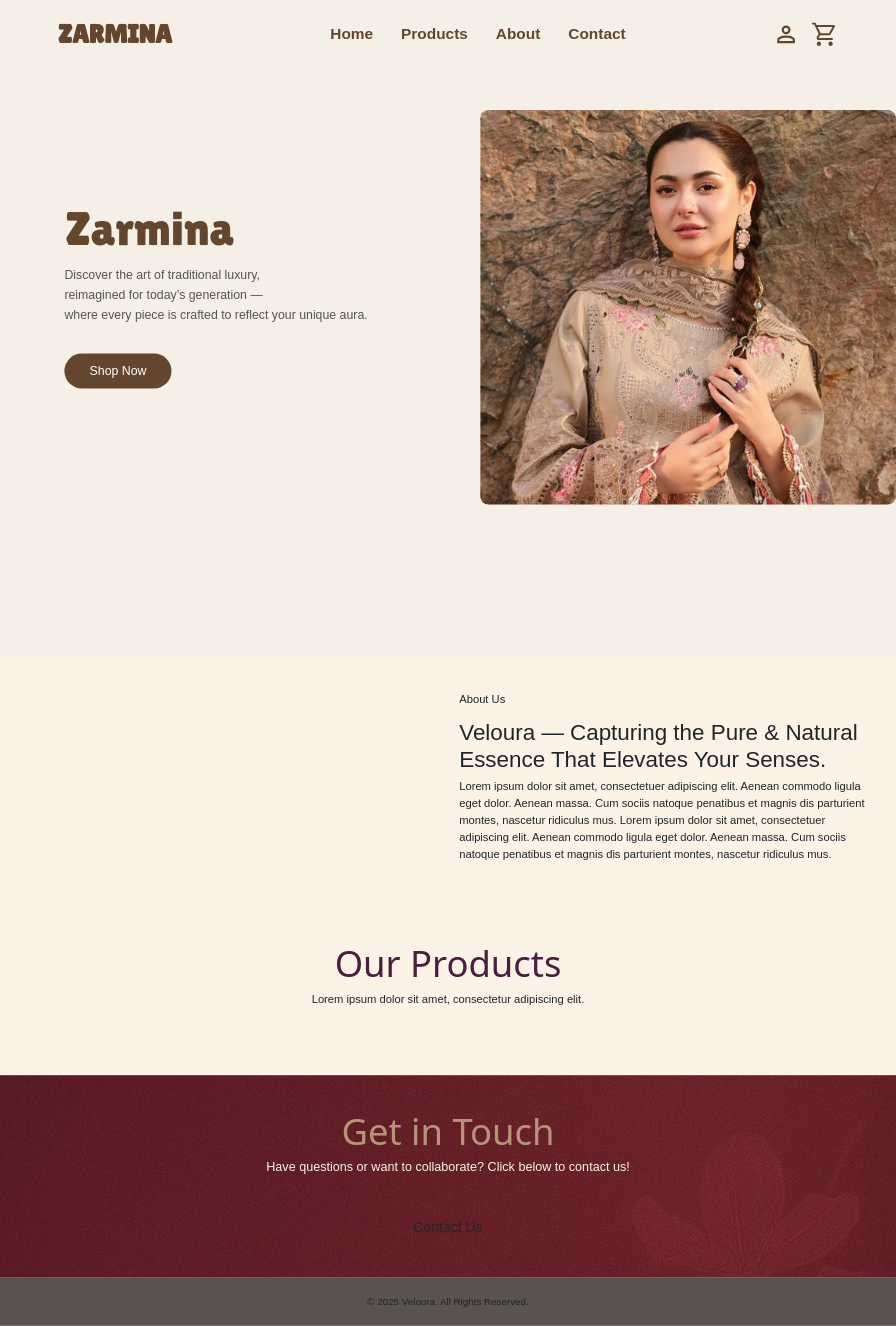
Repository: ayeshatehreem77/Clothing-store
Page: / (app in perfumes-app/)
The author's editor kept a copy of each file at every save. The page is drawn from the files as they stood at one save, then again after the next save.
The browser window is 1280 px wide. The pictures show the whole page, at 70% of full size.
Pictures or frames that could not be fetched are drawn as grey boxes. The page's requests for data from a server got no answer. Some web fonts or font styles are not loaded; a fallback is used. The project was rebuilt for these pictures with package versions that can differ from the ones it lists, and the page was loaded fresh each time. No one was signed in, and anything a server would have sent is missing. Also part of the build but not shown: perfumes-app/src/components/Alert.js.

Above is the page before, as saved 2025-10-29 00:06:12.

### perfumes-app/public/index.html
<!DOCTYPE html>
<html lang="en">

<head>
  <meta charset="utf-8" />
  <link rel="icon" href="%PUBLIC_URL%/favicon.ico" />
  <meta name="viewport" content="width=device-width, initial-scale=1" />
  <meta name="theme-color" content="#000000" />
  <meta name="description" content="Web site created using create-react-app" />
  <link rel="apple-touch-icon" href="%PUBLIC_URL%/logo192.png" />
  <!--
      manifest.json provides metadata used when your web app is installed on a
      user's mobile device or desktop. See https://developers.google.com/web/fundamentals/web-app-manifest/
    -->
  <link rel="manifest" href="%PUBLIC_URL%/manifest.json" />

  <title>Zarmina</title>

  <link rel="preconnect" href="https://fonts.googleapis.com">
  <link rel="preconnect" href="https://fonts.gstatic.com" crossorigin>
  <link href="https://fonts.googleapis.com/css2?family=Libertinus+Serif+Display&family=Lilita+One&display=swap"
    rel="stylesheet">

</head>

<body>
  <noscript>You need to enable JavaScript to run this app.</noscript>
  <div id="root"></div>
  <!--
      This HTML file is a template.
      If you open it directly in the browser, you will see an empty page.

      You can add webfonts, meta tags, or analytics to this file.
      The build step will place the bundled scripts into the <body> tag.

      To begin the development, run `npm start` or `yarn start`.
      To create a production bundle, use `npm run build` or `yarn build`.
    -->
</body>

</html>

### perfumes-app/src/index.js
import React from 'react';
import ReactDOM from 'react-dom/client';
import './index.css';
import 'bootstrap/dist/css/bootstrap.min.css';
import 'bootstrap/dist/js/bootstrap.bundle.min.js';
import App from './App';
import reportWebVitals from './reportWebVitals';
import { AuthProvider } from './context/AuthContext';

const root = ReactDOM.createRoot(document.getElementById('root'));
root.render(
  <React.StrictMode>
    <AuthProvider>
    <App />
    </AuthProvider>
  </React.StrictMode>
);

// If you want to start measuring performance in your app, pass a function
// to log results (for example: reportWebVitals(console.log))
// or send to an analytics endpoint. Learn more: https://bit.ly/CRA-vitals
reportWebVitals();

### perfumes-app/src/context/AuthContext.js
// src/context/AuthContext.js
import React, { createContext, useState, useEffect } from "react";
import axios from "axios";

export const AuthContext = createContext();

export const AuthProvider = ({ children }) => {
  const [user, setUser] = useState(null);

  // ✅ Fetch user details from backend using token
  const fetchUser = async () => {
    const token = localStorage.getItem("token");
    if (!token) return;

    try {
      const res = await axios.get("http://localhost:4000/auth/user", {
        headers: { Authorization: `Bearer ${token}` },
      });
      setUser(res.data); // { userId, email, role }
    } catch (err) {
      console.error("Failed to fetch user:", err);
      localStorage.removeItem("token");
      setUser(null);
    }
  };

  // ✅ Auto-fetch user on first render (if token exists)
  useEffect(() => {
    fetchUser();
  }, []);

  // ✅ Handle login
  const login = async (email, password) => {
    try {
      const res = await axios.post("http://localhost:4000/auth/login", {
        email,
        password,
      });

      // backend returns { authToken: "..." }
      const token = res.data.authToken;
      if (!token) throw new Error("No token returned");

      localStorage.setItem("token", token);
      await fetchUser(); // instantly update user

      return true; // success
    } catch (err) {
      console.error("Login error:", err.response?.data || err.message);
      throw err.response?.data?.message || "Login failed";
    }
  };

  // ✅ Handle logout
  const logout = () => {
    localStorage.removeItem("token");
    setUser(null);
  };

  return (
    <AuthContext.Provider value={{ user, login, logout, fetchUser }}>
      {children}
    </AuthContext.Provider>
  );
};

### perfumes-app/src/App.css
body {
  font-family: 'Poppins', sans-serif;
  background-color: #FCF2E6;
}

html {
  scroll-behavior: smooth;
}


.veloura-logo {
  font-family: "Lilita One", sans-serif;
  font-size: 2.3rem;
  color: #64462F !important;
}

.navbar {
  background: transparent !important;
}

button.navbar-toggler {
  border: none !important;
}

.navbar-toggler-icon {
  background-image: url("data:[embedded picture, 222 characters]");
}



.nav-link {
  color: #64462F !important;
  font-size: 22px;
  font-weight: 600;
}

.hero-section {
  background-color: #f5efe7;
  min-height: 100vh;
  display: flex;
  flex-direction: column;
  font-family: "Poppins", sans-serif;
}

/* =============== HERO LAYOUT =============== */
.hero-layout {
 display: flex;
    justify-content: center;
    align-items: flex-start;
    width: 100%;
    max-width: 1400px;
    height: 100vh;
    margin: 60px 0;

}

/* ---------- Left Section ---------- */
.hero-left {
    flex: 1 1;
    position: relative;
    margin: 133px 0px 0 92px;
}

.main-image {
  width: 100%;
  height: 564px;
  border-radius: 12px;
  overflow: hidden; /* ✅ ensures image stays inside box */
  position: relative;
  background-color: #93c5fd;
}

/* Make image fill box properly */
.main-image img {
  width: 100%;
  height: 100%;
  object-fit: cover; /* ✅ maintains aspect ratio without stretching */
  object-position: center;
  display: block;
}


.side-handle {
  position: absolute;
  left: -50px;
  bottom: 50%;
  transform: rotate(-90deg);
  font-size: 14px;
  color: #555;
  letter-spacing: 2px;
}

/* ---------- Right Section ---------- */
.hero-right {
  flex: 1;
  display: flex;
  flex-direction: column;
  justify-content: space-between;
  gap: 2rem;
}

/* Text Area */
.hero-text h2 {
  font-size: 1.6rem;
  color: #6c6c6c;
  margin-bottom: 5px;
  letter-spacing: 2px;
}

.hero-text h1 {
  font-family: "Lilita One", sans-serif;
  font-weight: 400;
  font-style: normal;
  font-size: 4.2rem;
  color: #64462F;
  line-height: 1.1;
}

.hero-text p {
  font-size: 1.1rem;
  color: #555;
  margin-top: 15px;
  line-height: 1.6;
}

.shop-btn {
  background-color: #64462F;
  color: white;
  border: none;
  padding: 12px 36px;
  border-radius: 40px;
  font-size: 1.1rem;
  margin-top: 25px;
  cursor: pointer;
  transition: background-color 0.3s ease;
}

.shop-btn:hover {
  background-color: #a3846d;
}

/* Small Image Grid */
.image-grid {
  display: grid;
  grid-template-columns: repeat(2, 1fr);
  gap: 20px;
}

.small-box {
  height: 200px;
  background-color: #93c5fd;
  border-radius: 12px;
}

/* =============== RESPONSIVE DESIGN =============== */
@media (max-width: 992px) {
  .hero-layout {
    flex-direction: column;
    text-align: center;
  }

  .side-handle {
    display: none;
  }

  .hero-text h1 {
    font-size: 3rem;
  }

  .main-image {
    height: 400px;
  }
}


.products-section h2 {
  font-family: "Libertinus Serif Display", system-ui;
  font-weight: 400;
  font-style: normal;
  font-size: 52px;
  color: #4B1D3F;
}

.product-card {
  transition: all 0.3s ease-in-out;
  border-radius: 10px;
  background: transparent;
}

.card-img {
  border-radius: 10px;
  /* background: #FCF2E6; */
  background: #4B1D3F;
}

.product-card:hover {
  transform: translateY(-5px);
}

.card-text,
.card-title {
  font-size: 23px;
  color: #4B1D3F;
}

/* about us */

.aboutus {
  display: grid;
  grid-template-columns: 1fr 1fr;
  gap: 2rem;
  align-items: center;
  padding: 2rem;
  background: #FCF2E6;
}

.right-section video {
  width: 70%;
  max-height: 80vh;
  height: 100%;
  object-fit: cover;
  display: block;
}

/* product details */


.modal-header p {
  font-size: 14px;
  color: #451b277a;
}

.product-img {
  width: 100%;
  border-radius: 10px;
}

.product-title {
  font-family: "Libertinus Serif Display", system-ui;
  font-weight: 400;
  font-style: normal;
  font-size: 36px;
  color: #4B1D3F;
}



.modal-content {
  background: #FCF2E6 !important;
  margin: auto !important;
  height: 98vh;
  overflow: hidden;
}

.breadcrumb-item a {
  text-decoration: none !important;
  color: black !important;
}

.modal-dialog {
  max-width: 900px;
  display: flex;
  align-items: center;
  justify-content: center;
  min-height: calc(100vh - 2rem); /* keeps it centered */
}

/* Optional - pretty scrollbar inside modal */
.modal-content::-webkit-scrollbar {
  width: 8px;
}
.modal-content::-webkit-scrollbar-thumb {
  background: #d4b191;
  border-radius: 10px;
}
.modal-content::-webkit-scrollbar-thumb:hover {
  background: #b8937a;
}

.modal-body {
  padding: 2rem !important;
}

.gender,
.concentration {
  background-color: #D4B191;
  border-radius: 21%;
  padding: 6px 11px;
  margin-bottom: 5px;
}

.add-cart-btn {
  margin-top: 1rem;
  background-color: #D4B191;
  padding: 10px 25px;
  color: #451B27;
  font-weight: 600;
}

.product-detail {
  margin-top: 0;
  margin-bottom: 1rem;
  font-size: 13px;
  color: #8b745e;
}

.btn-close:focus {
  box-shadow: none !important;
  outline: none !important;
}

/* contact us */

.contact-us {
  background-image: url("Assets/contactus2-bg.png");
  background-position: center;
  background-repeat: no-repeat;
  background-size: cover;
}

.contact-section h2 {
  font-family: "Libertinus Serif Display", system-ui;
  font-weight: 400;
  font-style: normal;
  font-size: 52px;
  color: #b8937a;
  text-align: center;
}

.contact-section p {
  font-size: 18px;
  color: #FCF2E6;
  /* accent purple */
  margin-bottom: 3rem;
  text-align: center;
}

.contact-form {
  max-width: 600px;
  margin: 0 auto;
  display: grid;
  gap: 1.5rem;
}

.contact-form input,
.contact-form textarea {
  padding: 1rem 1.2rem;
  border: 2px solid #D4B191;
  /* brand pink/gold */
  border-radius: 10px;
  font-size: 16px;
  width: 100%;
  outline: none;
  transition: border 0.3s, box-shadow 0.3s;
}

.contact-form input:focus,
.contact-form textarea:focus {
  border-color: #5E1E27;
  /* pink highlight */
  box-shadow: 0 0 10px rgba(252, 65, 90, 0.2);
}

.contact-form button {
  background-color: #D4B191;
  color: #451B27;
  padding: 1rem 2.5rem;
  font-size: 18px;
  font-weight: 600;
  border: none;
  border-radius: 10px;
  cursor: pointer;
  transition: transform 0.3s, background 0.3s;
}

.contact-form button:hover {
  background-color: #5E1E27;
  color: #fff;
  transform: scale(1.05);
}

/* Responsive */
@media (max-width: 768px) {
  .contact-form {
    gap: 1rem;
  }

  .contact-section h2 {
    font-size: 36px;
  }

  .contact-section p {
    font-size: 16px;
  }
}

/* Copyright */

footer {
  position: relative;
  bottom: 0;
  width: 100%;
  background-color: #0b0708ac;
}

/* login modal */

.auth-modal-content {
  background-color: #fdf7f2 !important;
  border-radius: 16px;
  border: none;
  box-shadow: 0 4px 20px rgba(0, 0, 0, 0.1);
  height: 90vh !important;
  width: 70%;
}

.auth-title {
  color: #4c0d23;
  font-weight: 700;
}

.auth-login-btn {
  background-color: #4c0d23;
  color: #fff;
  border-radius: 12px;
  transition: background-color 0.3s ease;
}

.auth-login-btn:hover {
  background-color: #300818;
}

.auth-signup-btn {
  border: 2px solid #b8860b;
  color: #b8860b;
  border-radius: 12px;
  background-color: transparent;
  transition: all 0.3s ease;
}

.auth-signup-btn:hover {
  background-color: #b8860b;
  color: #fff;
}

.auth-forgot-link {
  color: #4c0d23;
  text-decoration: none;
  font-weight: 500;
}

.auth-forgot-link:hover {
  text-decoration: underline;
}

.authfade-enter {
  opacity: 0;
  transform: translateY(10px);
}
.authfade-enter-active {
  opacity: 1;
  transform: translateY(0);
  transition: opacity 300ms ease, transform 300ms ease;
}
.authfade-exit {
  opacity: 1;
  transform: translateY(0);
}
.authfade-exit-active {
  opacity: 0;
  transform: translateY(-10px);
  transition: opacity 300ms ease, transform 300ms ease;
}

### perfumes-app/src/components/Aboutus.js
import React, { useEffect, useRef } from 'react';

function Aboutus() {
  const videoRef = useRef(null);

  useEffect(() => {
    if (videoRef.current) {
      const playPromise = videoRef.current.play();
      if (playPromise !== undefined) {
        playPromise.catch((error) => {
          console.log("Autoplay prevented:", error);
        });
      }
    }
  }, []);

  return (
    <div id='about' className="aboutus" style={{  }}>
      <div className="right-section">
        <video
          ref={videoRef}
          autoPlay
          muted
          loop
          playsInline
          style={{ width: "100%", height: "auto", borderRadius: "12px", objectFit: "cover" }}
        >
          <source src="/assets/aboutusvideo.mp4" type="video/mp4" />
          Your browser does not support the video tag.
        </video>
      </div>
      <div className="left-section">
        <p>About Us</p>
        <h2>
          Veloura — Capturing the Pure & Natural Essence That Elevates Your Senses.
        </h2>
        <p>Lorem ipsum dolor sit amet, consectetuer adipiscing elit. Aenean commodo ligula eget dolor. Aenean massa. Cum sociis natoque penatibus et magnis dis parturient montes, nascetur ridiculus mus. Lorem ipsum dolor sit amet, consectetuer adipiscing elit. Aenean commodo ligula eget dolor. Aenean massa. Cum sociis natoque penatibus et magnis dis parturient montes, nascetur ridiculus mus. </p>
      </div>
    </div>
  );
}

export default Aboutus;

### perfumes-app/src/components/ContactForm.js
import React from 'react'

function ContactForm() {
  return (
    <div className='contact-us align-center text-center'>
        <div className='contact-section pt-5'>
      <h2>
        Get in Touch
      </h2>
      <p>
        Have questions or want to collaborate? Click below to contact us!
      </p>
        </div>
      <button
        type="button"
        className="btn btn-lg shopnow-btn mb-5 mt-0"
        data-bs-toggle="modal"
        data-bs-target="#contactModal"
      >
        Contact Us
      </button>
    </div>
  )
}

export default ContactForm

### perfumes-app/src/components/Footer.js
import React from "react";

function Footer() {
  const year = new Date().getFullYear();

  return (
    <footer
      className="text-center py-4"
    >
      <p style={{ margin: 0, fontSize: "14px" }}>
        &copy; {year} Veloura. All Rights Reserved.
      </p>
    </footer>
  );
}

export default Footer;

### perfumes-app/src/components/Hero.js
import React from "react";
import Navbar from "./Navbar";

function Hero() {
  return (
    <div className="hero-section">
      <Navbar />

      <div className="hero-layout">
        {/* Left Main Image Box */}
        <div className="hero-left">
          <div className="hero-text">
            <h1>Zarmina</h1>
            <p>
              Discover the art of traditional luxury, <br/> reimagined for today’s generation — <br/> where every piece is crafted to reflect your unique aura.
            </p>
            <button className="shop-btn">Shop Now</button>
          </div>
        </div>

        {/* Right Side Content */}
        <div className="hero-right">
          <div className="main-image">
            <img src="assets/hero-img1.jpg" alt="" />
          </div>
        </div>
      </div>
    </div>
  );
}

export default Hero;

### perfumes-app/src/components/Products.js
import React, { useEffect, useState } from "react";

function Products({ setSelectedProduct }) {
  const [products, setProducts] = useState([]);
  const [loading, setLoading] = useState(true);

  useEffect(() => {
    const fetchProducts = async () => {
      try {
        const res = await fetch("http://localhost:4000/products");
        const data = await res.json();
        setProducts(data.data || data);
      } catch (error) {
        console.error("Failed to fetch products:", error);
      } finally {
        setLoading(false);
      }
    };

    fetchProducts();
  }, []);

  if (loading) return <p className="text-center">Loading products...</p>;

  return (
    <div id="products" className="products-section py-5">
      <div className="container w-75">
        <div className="product-text text-center mb-5">
          <h2>Our Products</h2>
          <p className="mx-5 mb-5">
            Lorem ipsum dolor sit amet, consectetur adipiscing elit.
          </p>
        </div>

        <div className="row">
          {products.map((product) => (
            <div className="col-md-4 mb-4" key={product._id}>
              <div
                className="card border-0 product-card h-100"
                data-bs-toggle="modal"
                data-bs-target="#productsDetails"
                onClick={() => setSelectedProduct(product)}
              >
                <img
                  src={`http://localhost:4000${product.images?.[0]?.url}`}
                  className="card-img card-img-top"
                  alt={product.name}
                />
                <div className="card-body text-center">
                  <h5 className="card-title">{product.name}</h5>
                  <p className="card-text">${product.price}</p>
                </div>
              </div>
            </div>
          ))}
        </div>
      </div>
    </div>
  );
}

export default Products;

### perfumes-app/src/components/Navbar.js
import React, { useContext } from "react";
import { AuthContext } from "../context/AuthContext";

function Navbar() {
  const { user, logout } = useContext(AuthContext);

  return (
    <nav className="navbar navbar-expand-lg py-3">
      <div className="container d-flex justify-content-between align-items-center">
        <a className="navbar-brand fw-bold text-uppercase veloura-logo" href="/">
          Zarmina
        </a>

        <ul className="navbar-nav mx-auto d-lg-flex flex-row gap-4">
          <li className="nav-item"><a className="nav-link" href="/">Home</a></li>
          <li className="nav-item"><a className="nav-link" href="#products">Products</a></li>
          <li className="nav-item"><a className="nav-link" href="#about">About</a></li>
          <li className="nav-item">
            <a className="nav-link" href="/" data-bs-toggle="modal" data-bs-target="#contactModal">Contact</a>
          </li>
        </ul>

        <div className="d-none d-lg-flex align-items-center gap-3">
            <a
              className="nav-link p-0"
              href="#"
              data-bs-toggle="modal"
              data-bs-target="#authModal"
            >
              <svg xmlns="http://www.w3.org/2000/svg" height="38px" viewBox="0 -960 960 960" width="38px" fill="#64462F"><path d="M480-480q-66 0-113-47t-47-113q0-66 47-113t113-47q66 0 113 47t47 113q0 66-47 113t-113 47ZM160-160v-112q0-34 17.5-62.5T224-378q62-31 126-46.5T480-440q66 0 130 15.5T736-378q29 15 46.5 43.5T800-272v112H160Zm80-80h480v-32q0-11-5.5-20T700-306q-54-27-109-40.5T480-360q-56 0-111 13.5T260-306q-9 5-14.5 14t-5.5 20v32Zm240-320q33 0 56.5-23.5T560-640q0-33-23.5-56.5T480-720q-33 0-56.5 23.5T400-640q0 33 23.5 56.5T480-560Zm0-80Zm0 400Z" /></svg>
            </a>

          <a
            href="#"
            className="nav-link"
            data-bs-toggle="modal"
            data-bs-target="#cartModal"
          >
            <svg xmlns="http://www.w3.org/2000/svg" height="40px" viewBox="0 -960 960 960" width="40px" fill="#64462F"><path d="M284.53-80.67q-30.86 0-52.7-21.97Q210-124.62 210-155.47q0-30.86 21.98-52.7Q253.95-230 284.81-230t52.69 21.98q21.83 21.97 21.83 52.83t-21.97 52.69q-21.98 21.83-52.83 21.83Zm400 0q-30.86 0-52.7-21.97Q610-124.62 610-155.47q0-30.86 21.98-52.7Q653.95-230 684.81-230t52.69 21.98q21.83 21.97 21.83 52.83t-21.97 52.69q-21.98 21.83-52.83 21.83ZM238.67-734 344-515.33h285.33l120-218.67H238.67ZM206-800.67h589.38q22.98 0 34.97 20.84 11.98 20.83.32 41.83L693.33-490.67q-11 19.34-28.87 30.67-17.87 11.33-39.13 11.33H324l-52 96h487.33V-286H278q-43 0-63-31.83-20-31.84-.33-68.17l60.66-111.33-149.33-316H47.33V-880h121.34L206-800.67Zm138 285.34h285.33H344Z"/></svg>
          </a>
        </div>
      </div>
    </nav>
  );
}

export default Navbar;

Loaded but not shown: perfumes-app/src/index.css (common file); perfumes-app/src/reportWebVitals.js (common file); perfumes-app/src/components/Login.js (294 lines, source omitted); perfumes-app/src/components/ProductsDetails.js (160 lines, source omitted); perfumes-app/src/components/AddToCart.js (158 lines, source omitted); perfumes-app/src/components/ContactModal.js (121 lines, source omitted); perfumes-app/src/App.js (116 lines, source omitted)

After the next save:
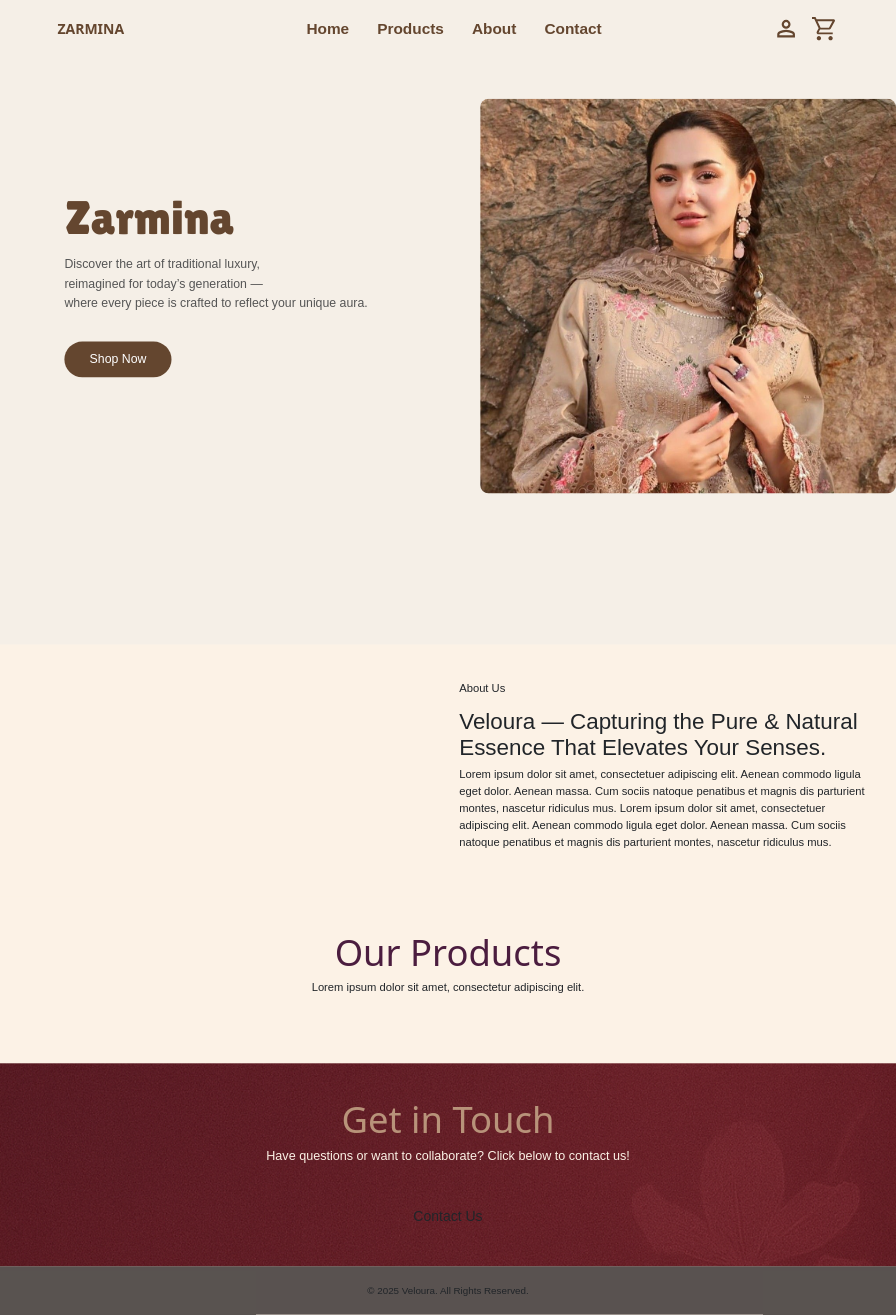
Saved 13 min 19 s later.
--- a/perfumes-app/src/App.css
+++ b/perfumes-app/src/App.css
@@ -9,8 +9,9 @@ html {
 
 
 .veloura-logo {
-  font-family: "Lilita One", sans-serif;
-  font-size: 2.3rem;
+  font-family: "Libertinus Serif Display", system-ui;
+  font-weight: 400;
+  font-style: normal;
   color: #64462F !important;
 }
 
